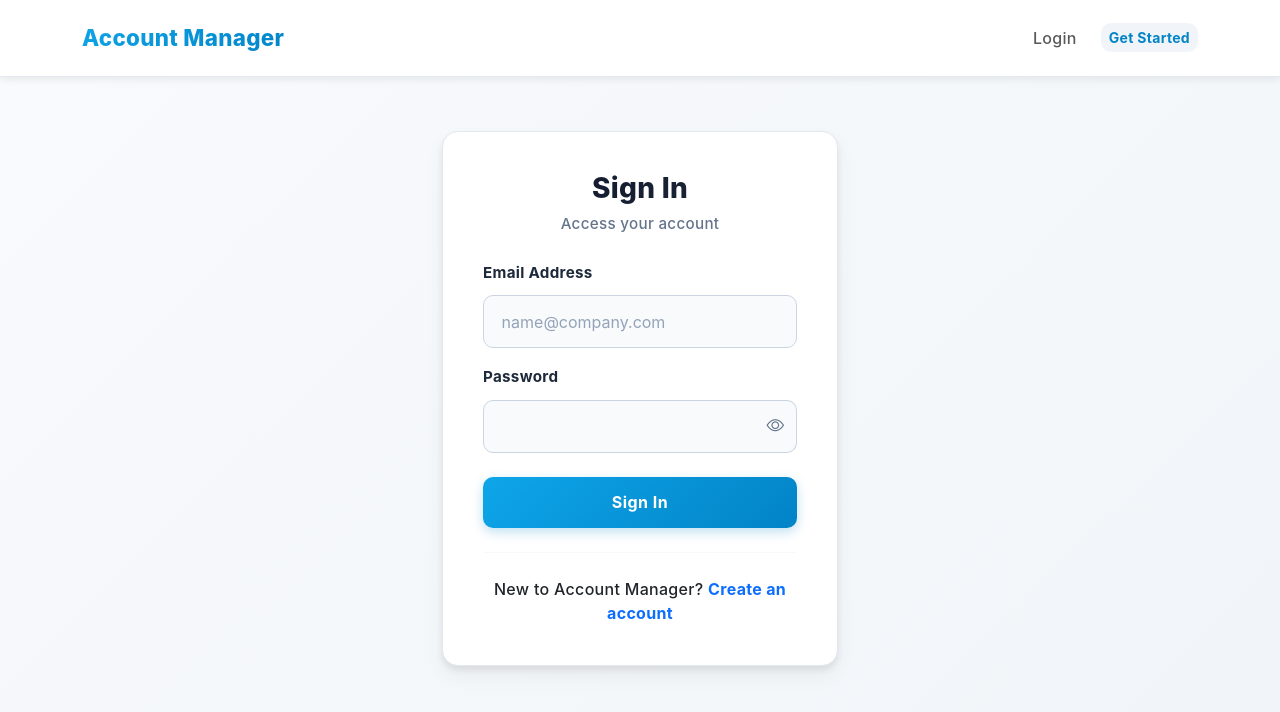
Repository: dharmik2910/Chaintech-Account-Manager
Page: /
These files come from the project's save history. The page is drawn as it stood at one moment and after the next save; the edit follows.
The browser window is 1280 px wide. The pictures show the whole page.
The project was rebuilt for these pictures with package versions that can differ from the ones it lists, and the page was loaded fresh each time. Also part of the build but not shown: vite.config.js, src/pages/AccountPage.jsx, src/pages/RegisterPage.jsx.

Above is the page before, as saved 2025-12-16 20:25:51.

After the next save:
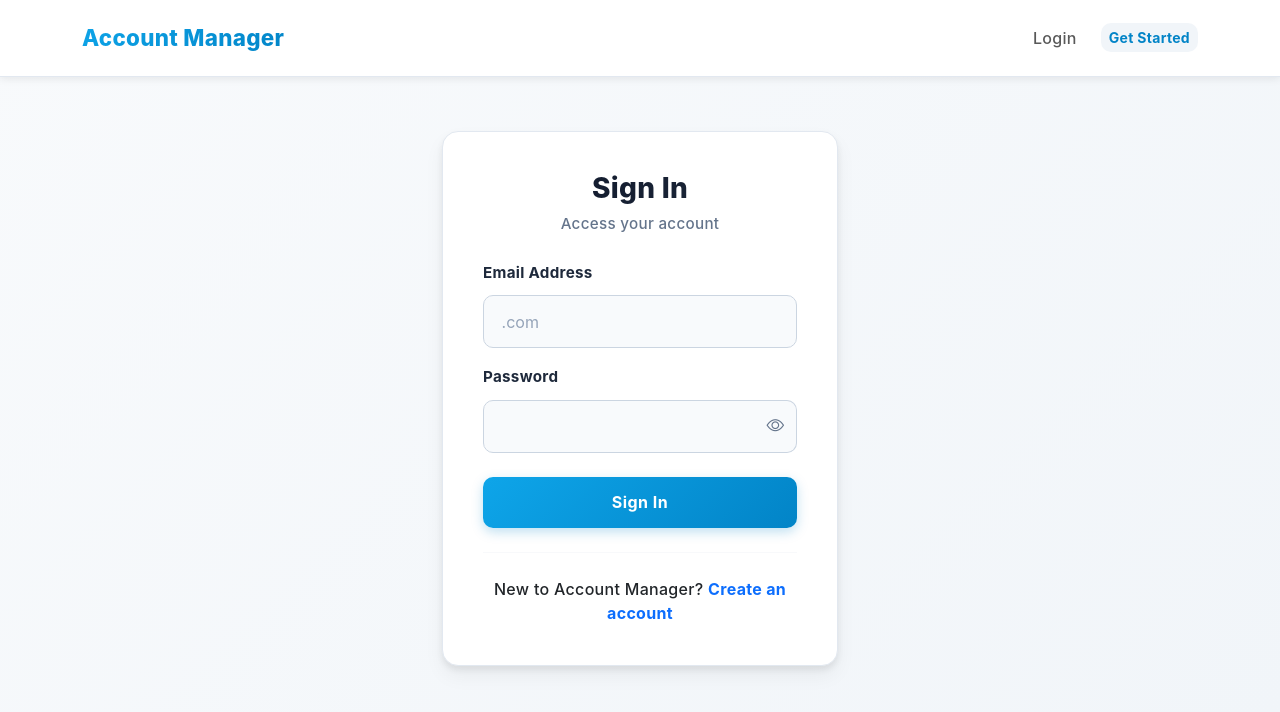
Saved 22 s later.
--- a/src/pages/LoginPage.jsx
+++ b/src/pages/LoginPage.jsx
@@ -93,7 +93,7 @@ function LoginPage() {
                   className={`form-control ${errors.email ? 'is-invalid' : ''}`}
                   value={email}
                   onChange={(e) => handleFieldChange('email', e.target.value)}
-                  placeholder="name@company.com"
+                  placeholder=".com"
                   required
                 />
                 {errors.email && (
